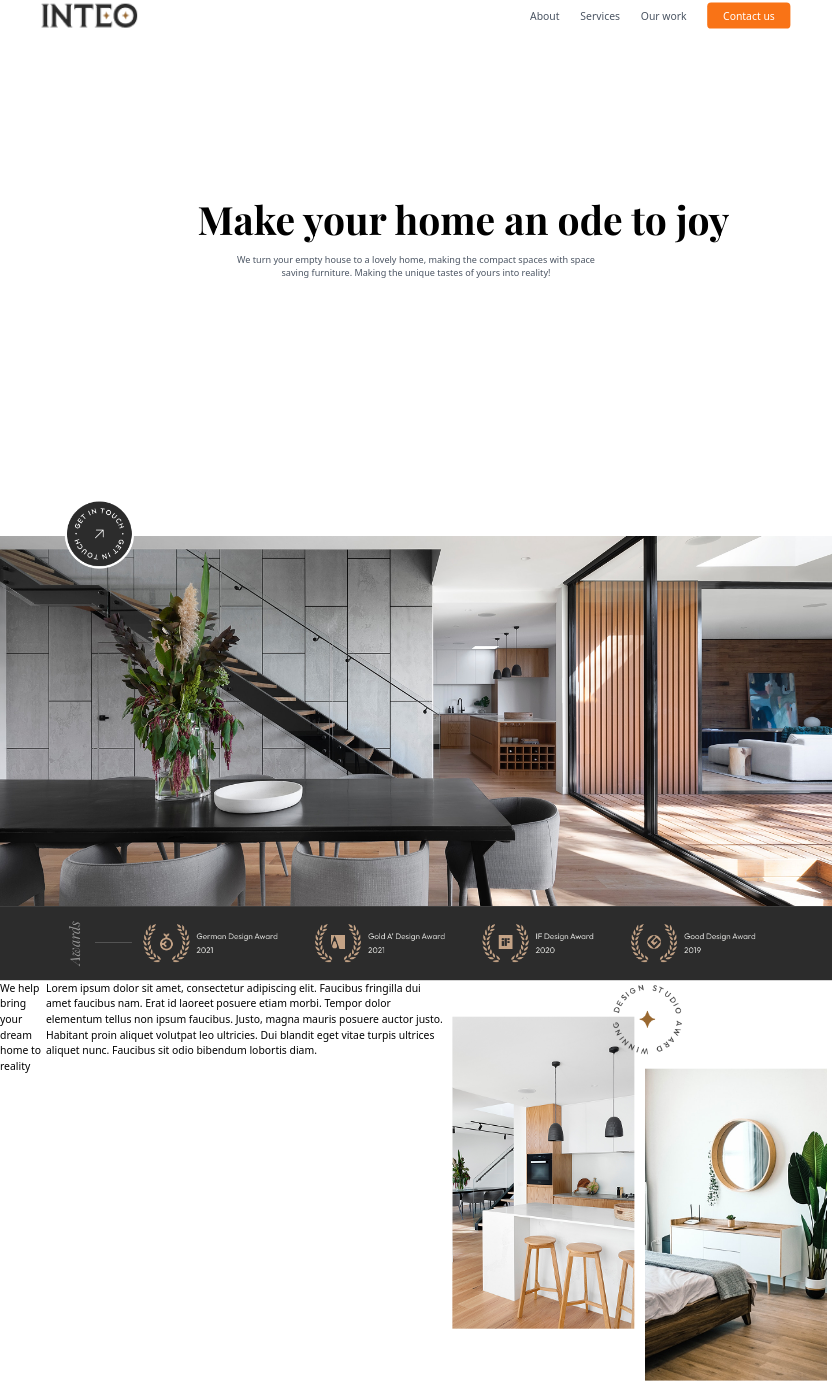
Repository: CatherinneJ/responsive-tailwind-website
Page: tailwind.html
The author's editor kept a copy of each file at every save. The page is drawn from the files as they stood at one save, then again after the next save.
The browser window is 1280 px wide. The pictures show the whole page, at 65% of full size.
Some web libraries are served in a nearby version.

Above is the page before, as saved 2025-05-20 19:07:57.

After the next save:
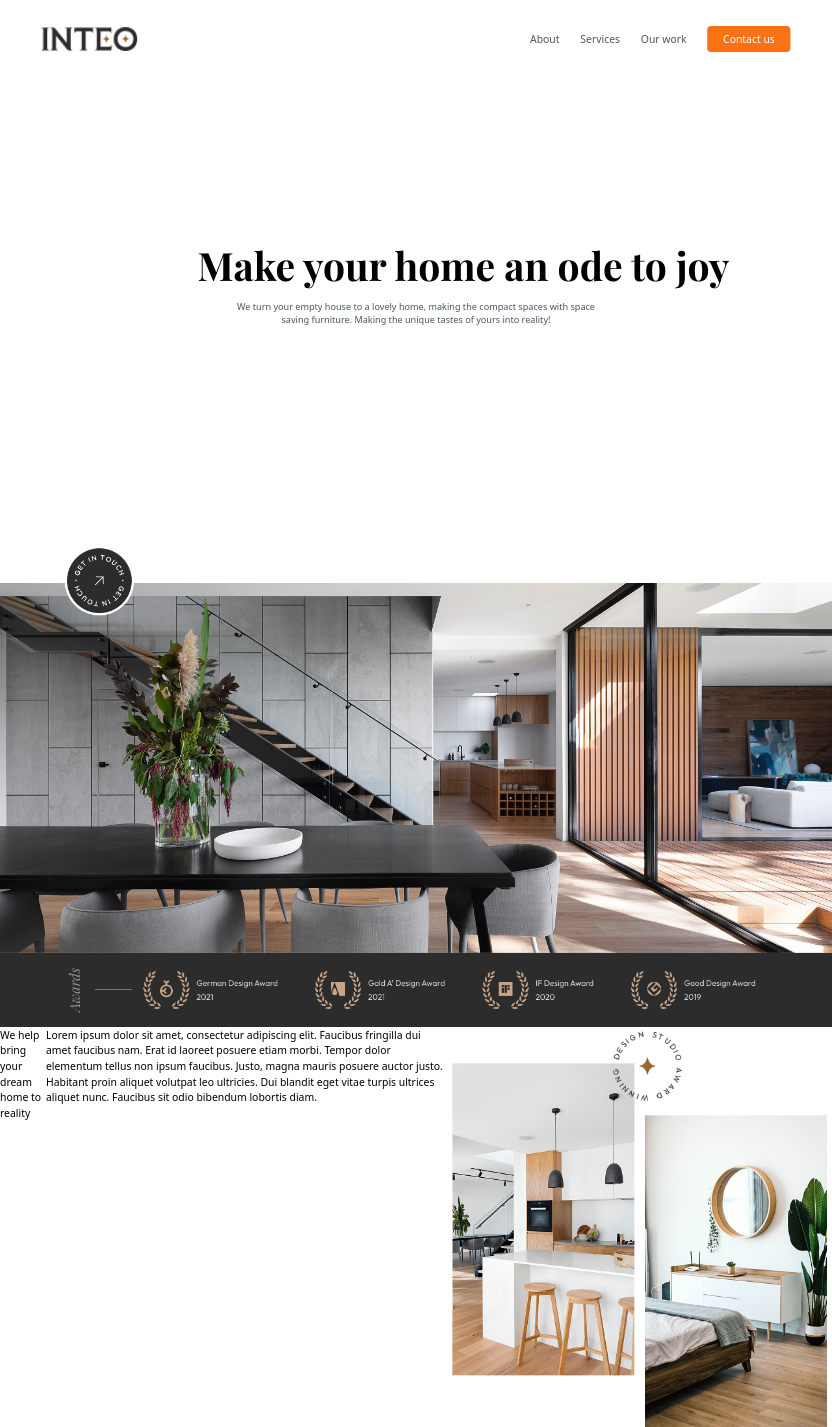
Saved 6 s later.
--- a/tailwind.html
+++ b/tailwind.html
@@ -13,7 +13,7 @@
     </style>
 </head>
 <body class="bg-white">
-    <header class="py-1 px-8 lg:px-16">
+    <header class="py-10 px-8 lg:px-16">
         <nav class="flex justify-between items-center">
             <img src="./Assets/Logo.png" alt="logo" class="h-10">
             <ul class="flex space-x-8 items-center">
